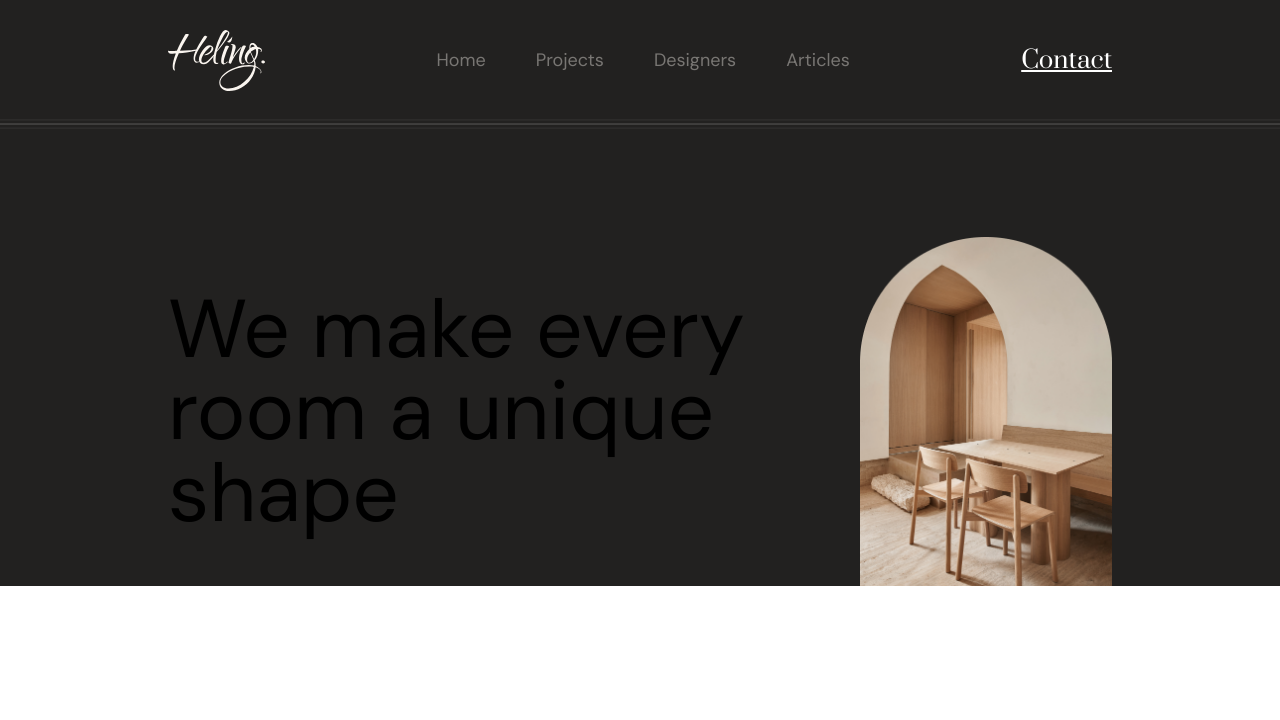
Repository: vandangnhathung/healingui_website
Page: /
An editor plug-in stored every save of this project. The page is shown before and after a run of saves, followed by the edit.
The browser window is 1280 px wide. The pictures show the whole page.
The project was rebuilt for these pictures with package versions that can differ from the ones it lists, and the page was loaded fresh each time. Also part of the build but not shown: src/App.css.

Above is the page before, as saved 2022-03-16 12:58:47.

After the next 2 saves:
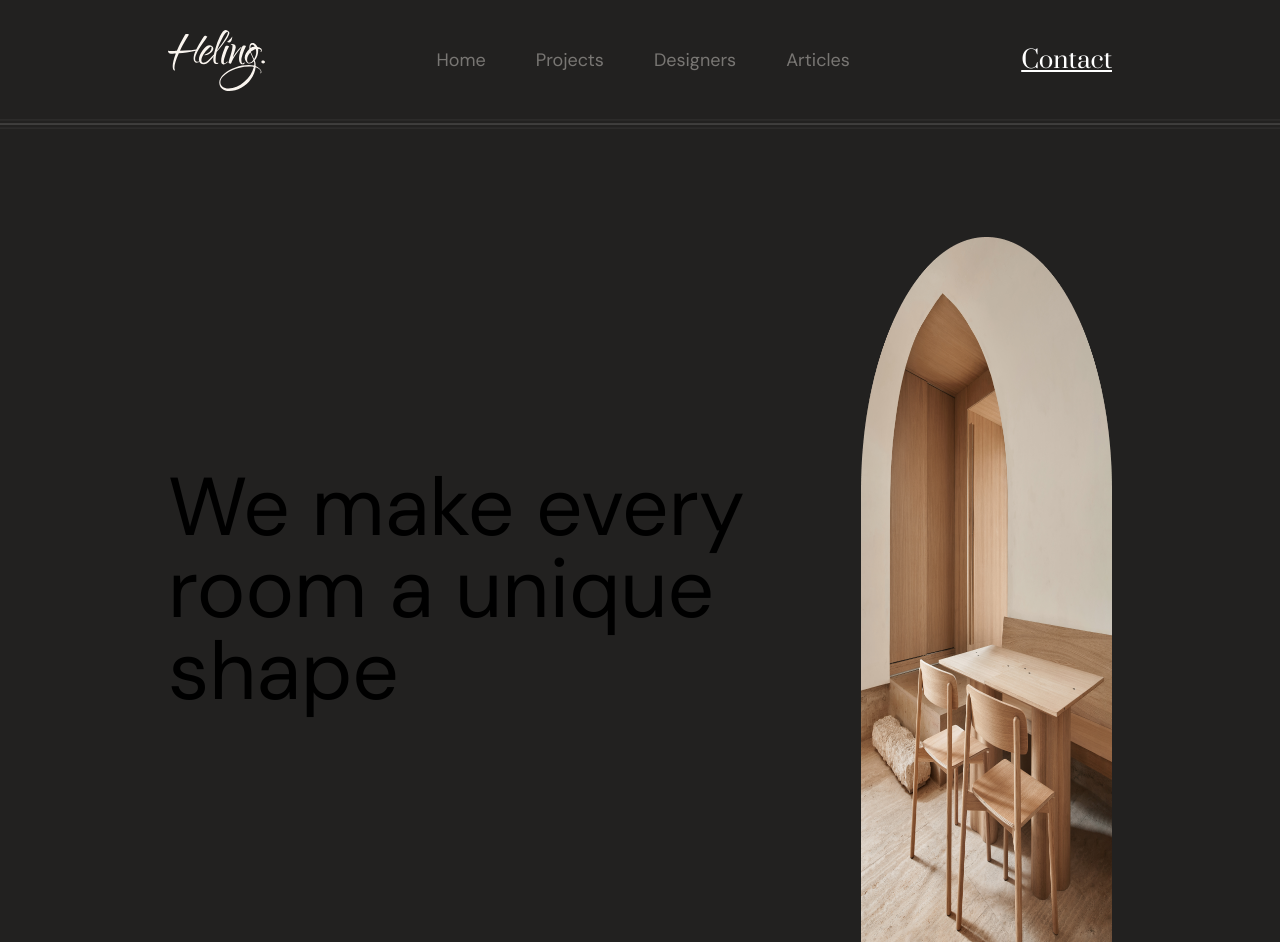
The 2 saves are shown as one change because they came seconds apart.
The last was saved 6 s later.
--- a/src/components/Container/Container.js
+++ b/src/components/Container/Container.js
@@ -20,8 +20,8 @@ const Container = () => {
     line-height: 1;
   `;
   const Image1Div = styled.img`
-    width: initial;
-    height: initial;
+    width: 505px;
+    height: 705px;
   `;
   return (
     <StyledContainer>
